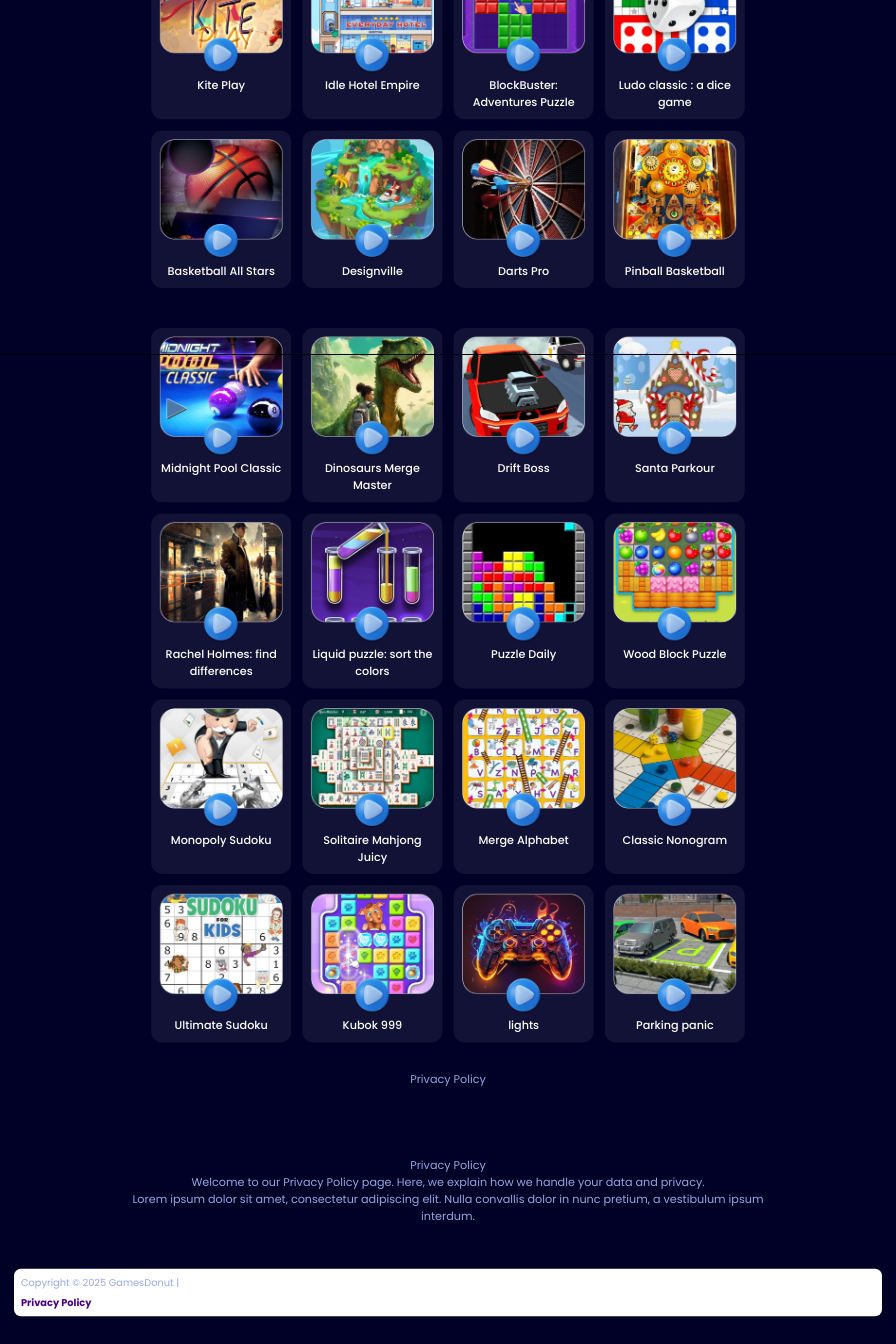
Repository: meenadabhii/jpygames.com
Page: http://localhost/
The author's editor kept a copy of each file at every save. The page is drawn from the files as they stood at one save, then again after the next save.
The browser window is 1280 px wide. The pictures show the part of the page from y = 2399 to 4319 px (the page is 4319 px tall), at 70% of full size.
Some web libraries are served in a nearby version. The page is served by the project's Node server (app.js).

Above is the page before, as saved 2025-02-08 10:27:53.
Console error: ReferenceError: googletag is not defined

After the next save:
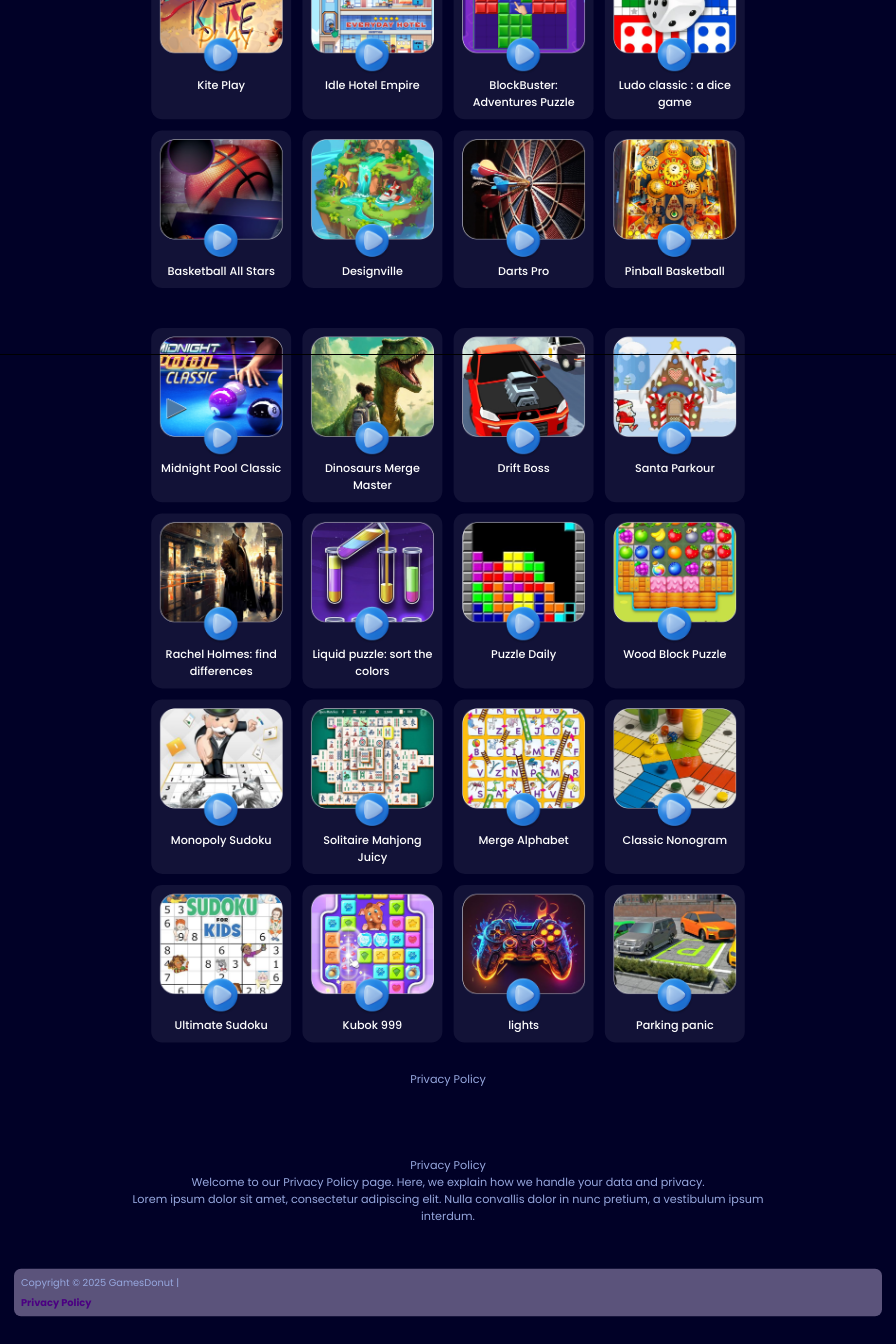
Saved 9 s later.
--- a/nodejs/views/footer.ejs
+++ b/nodejs/views/footer.ejs
@@ -42,7 +42,7 @@
             margin-left: -133%;
         }
         .footer {
-            background: white;
+            background: #5b537b;
             padding: 10px;
             border-radius: 10px;
             margin-top: 27px;
